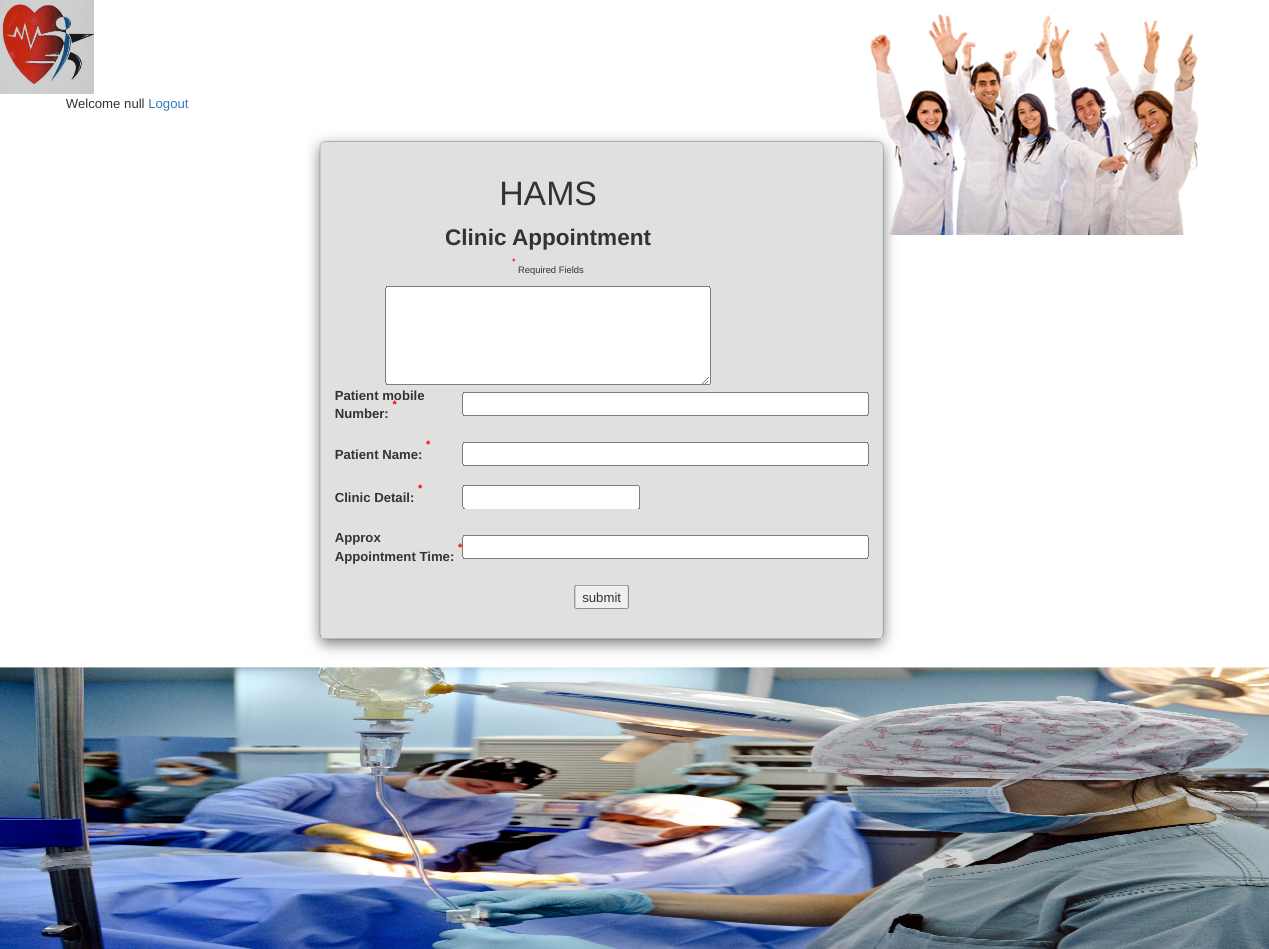
Repository: shiveshk/PullData
Page: http://localhost/Hams/appointment.jsp
These files come from the project's save history. The page is drawn as it stood at one moment and after the next save; the edit follows.
The browser window is 1280 px wide. The page is 1350 px wide, so the pictures cover 1350 px, including what lies to the right of the window. The pictures show the whole page, at 94% of full size.
The page is served by Tomcat 9. Nobody is signed in. The application's start-up code is not run. Other server files are loaded and not shown.

Above is the page before, as saved 2015-11-09 05:53:25.
Console error (its wording comes from the project's code and is left out).

### Hams/WebContent/appointment.jsp
<?xml version="1.0" encoding="ISO-8859-1" ?>

<%@ page language="java" contentType="text/html; charset=ISO-8859-1" pageEncoding="ISO-8859-1"%>
<!DOCTYPE html PUBLIC "-//W3C//DTD XHTML 1.0 Transitional//EN" "http://www.w3.org/TR/xhtml1/DTD/xhtml1-transitional.dtd">
<html xmlns="http://www.w3.org/1999/xhtml">
<head>
  <link rel="stylesheet" href="http://maxcdn.bootstrapcdn.com/bootstrap/3.3.5/css/bootstrap.min.css">
  <script src="http://maxcdn.bootstrapcdn.com/bootstrap/3.3.5/js/bootstrap.min.js"></script>
  <script src="validation.js"></script>

<link rel="stylesheet" type="text/css" href="hams.css">

<meta http-equiv="Content-Type" content="text/html; charset=ISO-8859-1" />

<title>Patient Appointment</title>


</head>



<img src = "images/HAMSLogo.jpg" alt="hamslogo" id="img1"/>
<img src = "images/image1.png" alt="doctor2" id="img3"/>

<div class="container" >

<% String username = (String)request.getSession().getAttribute("name");
out.println("Welcome "+username);
%>

<a href="LogoutServlet">Logout</a>

<center>
<div id="login-overlay" class="modal-dialog" >
     <div class="modal-content" >
          <div class="modal-header" >
<h1>HAMS</h1>


	<p><b><font size=5>Clinic Appointment</font></b></p>
	<p><font size=1><b><sup>*</sup></b> Required Fields</font></p>



<form name="myForm" action="PatientAppointmentServlet" method="post"  onsubmit="return validate()" >
 	<div class="form-group">
<table >
 <tbody>

 	 <tr class="row1">
	 	 <td><b>Patient mobile Number: <sup>*</sup></b> </td>
	 	 <td><input type="text" id="patient_mobile_number" name="patient_mobile_number"  size=50 maxlength=20 /></td>
	 </tr>

	 <tr class="row2">
	 	 <td><b>Patient Name: <sup>*</sup></b> </td>
	 	 <td><input type="text" id="patient_name" name="patient_name"  size=50 maxlength=5000 /></td>
	 </tr>

	 <textarea name="Text1" cols="40" rows="5" ... ></textarea>

	 <tr class="row3">
	 	<td><b>Clinic Detail: <sup>*</sup></b> </td>
	 	<td><input type="textarea" id="clinic_detail" name="clinic_detail"   maxlength=5000 cols="40" rows="5" /></td>
	 </tr>


	 <tr class="row4">
	 	<td><b>Approx Appointment Time: <sup>*</sup></b> </td>
	 	<td><input type="text" id="time" name="time"  size=50 maxlength=5000 /></td>
	 </tr>

 </tbody>

</table>
	<br /><input type="submit" name="submit" value="submit" />
	</div>
</form>
		</div>
	</div>
</div>

</center>
</div>
	<img src = "images/hams1.jpg" alt="doctor" id="img2"/>




</body>
</html>

### Hams/WebContent/validation.js
function validate()
{
   var w=document.forms["myForm"]["patient_name"].value;
   var x=document.forms["myForm"]["clinic_detail"].value;
   //var y=document.forms["myForm"]["token_no"].value;
   var z=document.forms["myForm"]["time"].value;
   if (w.trim().length<=0) // check length of your name field
   {
      alert("Patient Name must be filled out");
      return false;
   }
   if (x.trim().length<=0) // check length of your name field
   {
      alert("clinic detail must be filled out");
      return false;
   }
   if (z.trim().length<=0) // check length of your name field
   {
      alert("Appointment time Name must be filled out");
      return false;
   }

   //contact number validation
   var mobile_no = document.forms["myForm"]["patient_mobile_number"].value;
   if (/^\d{10}$/.test(mobile_no)) {
       // value is ok, use it
   } else {
       alert("Invalid number; must be ten digits")
       number.focus()
       return false
   }

   //time validation
   var strval = document.forms["myForm"]["time"].value;

   var strval1;

   //minimum lenght is 6. example 1:2 AM
   if(strval.length < 6)
   {
    alert("Invalid time. Time format should be HH:MM AM/PM.");
    return false;
   }

   //Maximum length is 8. example 10:45 AM
   if(strval.lenght > 8)
   {
    alert("invalid time. Time format should be HH:MM AM/PM.");
    return false;
   }

   //Removing all space
   strval = trimAllSpace(strval);

   //Checking AM/PM
   if(strval.charAt(strval.length - 1) != "M" && strval.charAt(
       strval.length - 1) != "m")
   {
    alert("Invalid time. Time shoule be end with AM or PM.");
    return false;

   }
   else if(strval.charAt(strval.length - 2) != 'A' && strval.charAt(
       strval.length - 2) != 'a' && strval.charAt(
       strval.length - 2) != 'p' && strval.charAt(strval.length - 2) != 'P')
   {
    alert("Invalid time. Time shoule be end with AM or PM.");
    return false;

}
   }

### Hams/WebContent/hams.css
@CHARSET "ISO-8859-1";
<style>

 p {
  white-space: pre;
 }
sup {
    vertical-align: super;
    font-size: smaller;
    color : red;
}

#img1 {
	align: center;
	margin: auto;
	width: 100px;
	bottom: 100px;
    height: 100px;
}

#img2 {
	align: center;
	margin: auto;
	bottom: 100px;
    height: 300px;
    width: 1350px;
}
#img3 {
    float: right;
    margin: 0 0 100px 100px;
}


tr.row2 td {
    padding-top: 20px;
}

tr.row3 td {
    padding-top: 20px;
}

tr.row4 td {
    padding-top: 20px;
}


.modal-content {
    background-color: #E0E0E0 ;
}
</style>

After the next save:
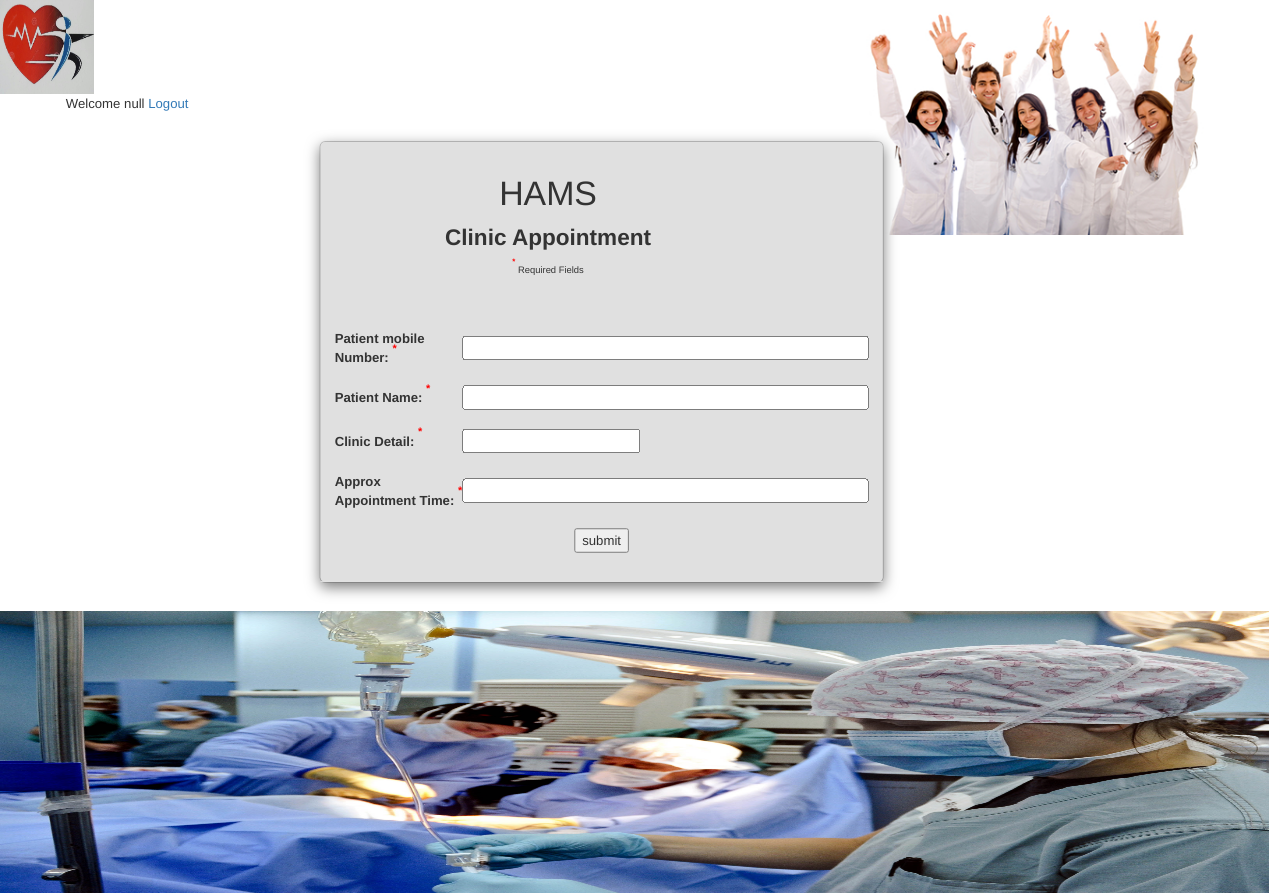
Saved 21 s later.
--- a/Hams/WebContent/appointment.jsp
+++ b/Hams/WebContent/appointment.jsp
@@ -57,11 +57,11 @@
 	 	 <td><input type="text" id="patient_name" name="patient_name"  size=50 maxlength=5000 /></td>
 	 </tr>
 
-	 <textarea name="Text1" cols="40" rows="5" ... ></textarea>
+
 
 	 <tr class="row3">
 	 	<td><b>Clinic Detail: <sup>*</sup></b> </td>
-	 	<td><input type="textarea" id="clinic_detail" name="clinic_detail"   maxlength=5000 cols="40" rows="5" /></td>
+	 	<td><input type="text" id="clinic_detail" name="clinic_detail"   maxlength=5000  /></td>
 	 </tr>
 
 

After the save that followed:
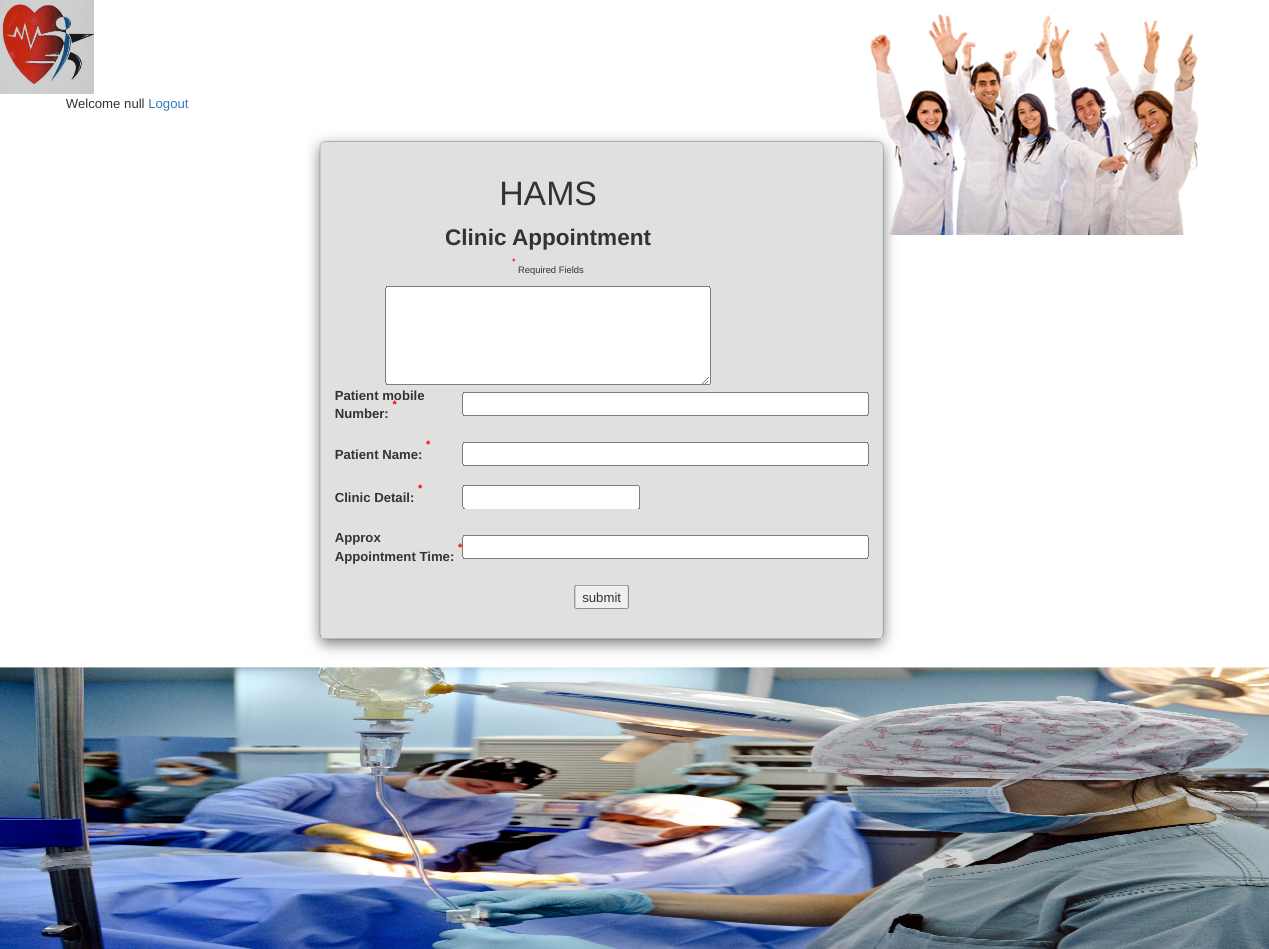
Saved 67 s later.
--- a/Hams/WebContent/appointment.jsp
+++ b/Hams/WebContent/appointment.jsp
@@ -57,11 +57,11 @@
 	 	 <td><input type="text" id="patient_name" name="patient_name"  size=50 maxlength=5000 /></td>
 	 </tr>
 
-
+	 <textarea name="Text1" cols="40" rows="5" ... ></textarea>
 
 	 <tr class="row3">
 	 	<td><b>Clinic Detail: <sup>*</sup></b> </td>
-	 	<td><input type="text" id="clinic_detail" name="clinic_detail"   maxlength=5000  /></td>
+	 	<td><input type="textarea" id="clinic_detail" name="clinic_detail"   maxlength=5000  /></td>
 	 </tr>
 
 
